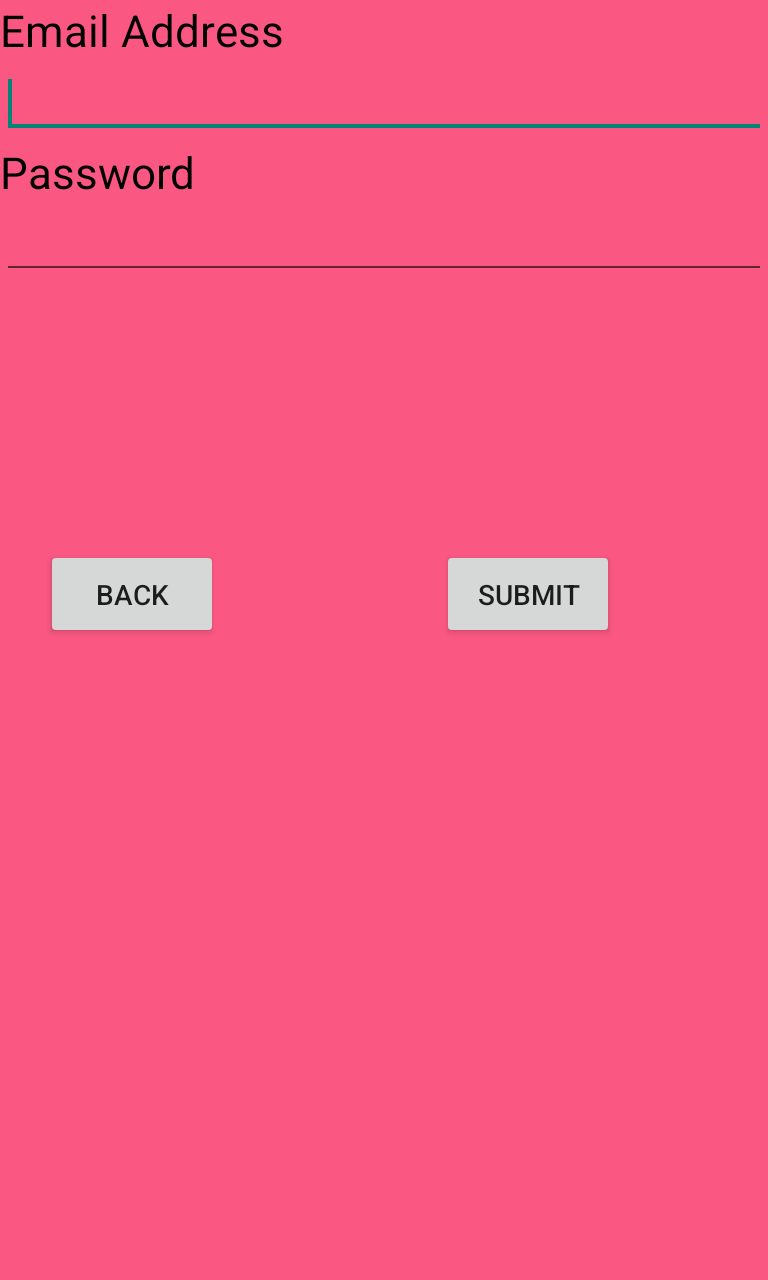
Repository: Clarenaliaka/code-challenge
Layout: ModernMum/res/layout/login.xml
These files come from the project's save history. The layout is drawn as it stood at one moment and after the next save; the edit follows.
It is drawn on a 768 x 1280 px phone screen (xhdpi) without system bars, with theme AppTheme; the app's code is not run.

Above is the layout before, as saved 2014-08-03 10:37:01.

After the next save:
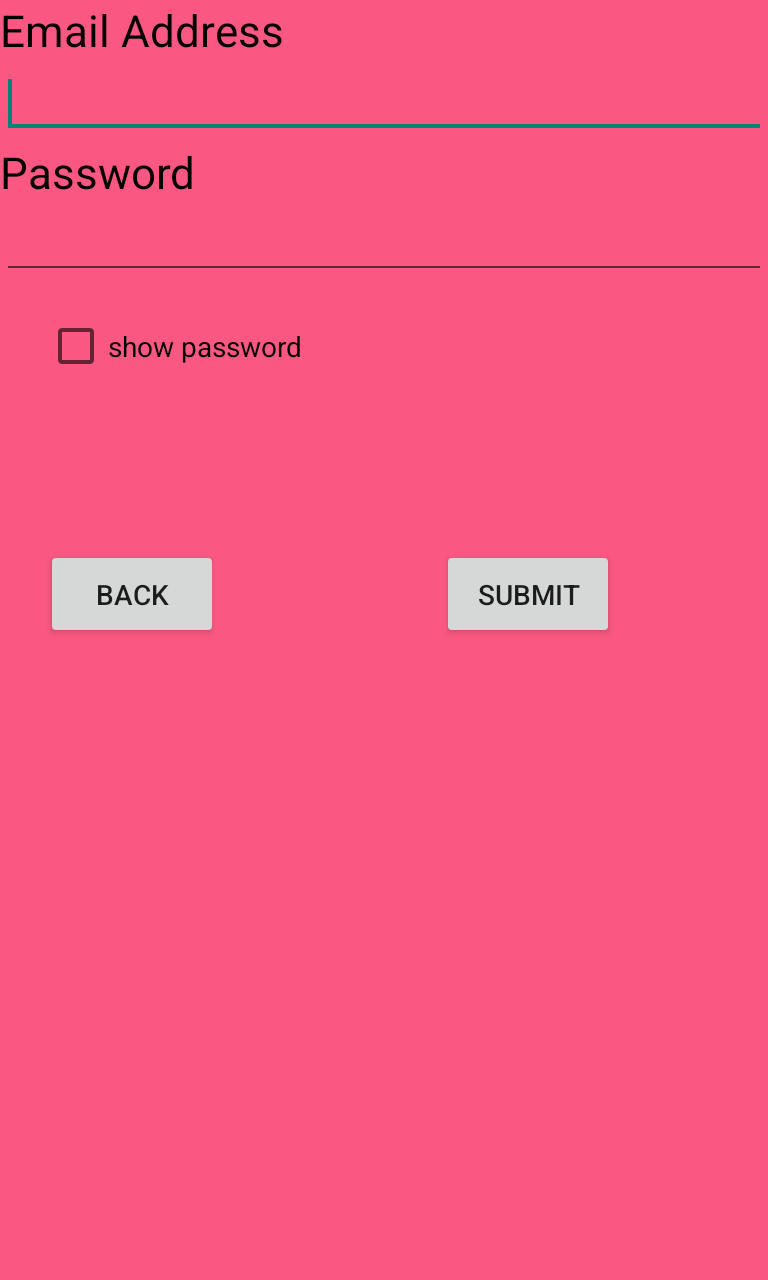
Saved 55 s later.
--- a/ModernMum/res/layout/login.xml
+++ b/ModernMum/res/layout/login.xml
@@ -64,6 +64,15 @@
         android:layout_marginLeft="22dp"
         android:text="@string/btnback" />
 
+    <CheckBox
+        android:id="@+id/checkBox1"
+        android:layout_width="wrap_content"
+        android:layout_height="wrap_content"
+        android:layout_alignLeft="@+id/btnlogback"
+        android:layout_alignParentTop="true"
+        android:layout_marginTop="15dp"
+        android:text="@string/des" />
+
     </RelativeLayout>
 
 </LinearLayout>
